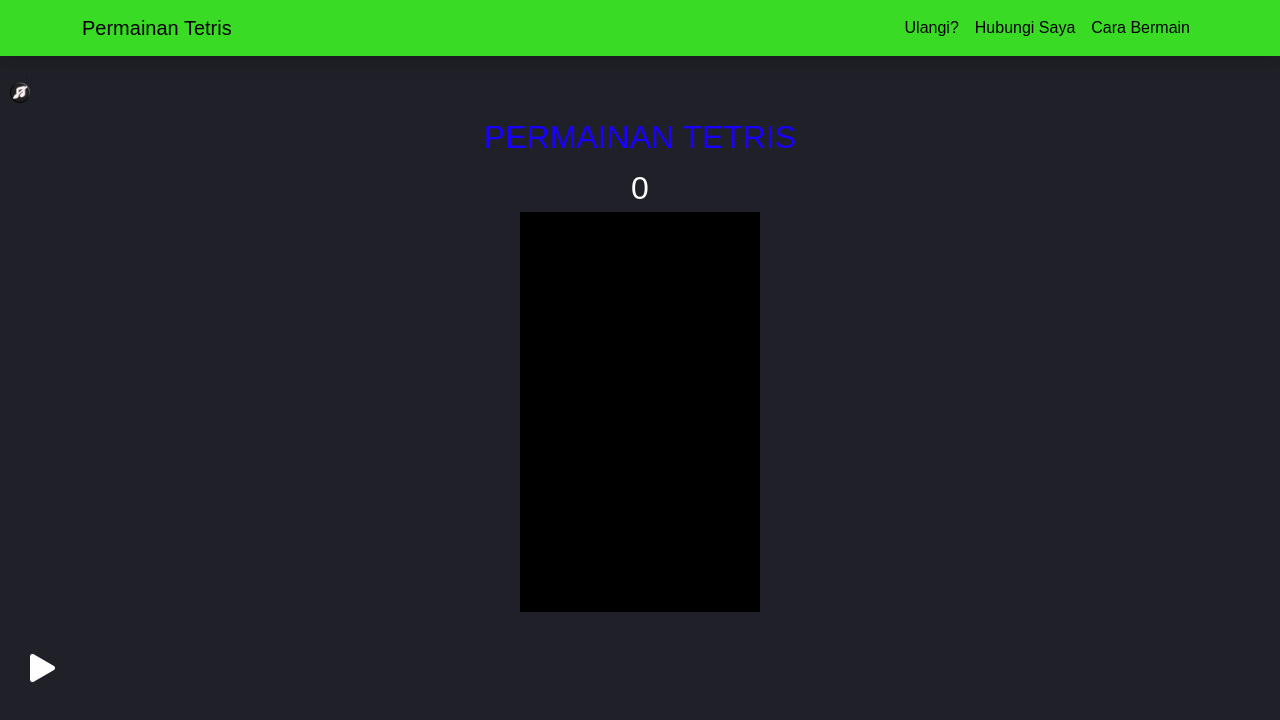
Repository: GwendiWisnuAnggoro/GwendiWisnuAnggoro.github.io
Page: Bahasa Indonesia/game/Tetris/tetris.html
An editor plug-in stored every save of this project. The page is shown before and after a run of saves, followed by the edit.
The browser window is 1280 px wide. The pictures show the whole page.

Above is the page before, as saved 2023-02-07 19:04:56.
Console error: TypeError: Cannot read properties of null (reading 'forEach')

### Bahasa Indonesia/game/Tetris/tetris.html
<!DOCTYPE html>
<html lang="en">
<head>
    <meta charset="UTF-8">
    <link href="https://cdn.jsdelivr.net/npm/bootstrap@5.3.0-alpha1/dist/css/bootstrap.min.css" rel="stylesheet" integrity="sha384-GLhlTQ8iRABdZLl6O3oVMWSktQOp6b7In1Zl3/Jr59b6EGGoI1aFkw7cmDA6j6gD" crossorigin="anonymous">
    <link rel="stylesheet" href="https://cdn.jsdelivr.net/npm/bootstrap-icons@1.10.3/font/bootstrap-icons.css">
    <meta http-equiv="X-UA-Compatible" content="IE=edge">
    <meta name="viewport" content="width=device-width, initial-scale=1.0">
    <title>Permainan Tetris</title>
</head>
<body>
    <!-- akhir navbar -->
  <nav class="navbar navbar-expand-lg navbar-light shadow fixed-top" style="background-color: rgb(57, 219, 36);">
    <div class="container-sm">
      <span class="navbar-brand" href="#">Permainan Tetris</span>
      <button class="navbar-toggler" type="button" data-bs-toggle="collapse" data-bs-target="#navbarNav" aria-controls="navbarNav" aria-expanded="false" aria-label="Toggle navigation">
        <span class="navbar-toggler-icon"></span>
      </button>
      <div class="collapse navbar-collapse" id="navbarNav">
        <ul class="navbar-nav ms-auto">
          <li class="nav-item">
            <a class="nav-link active" aria-current="page" href="../Tetris/tetris.html">Ulangi?</a>
          </li>
          <li class="nav-item">
            <a class="nav-link active" href="../../../contact me/ContactMe.html">Hubungi Saya</a>
          </li>
          <li class="nav-item">
            <a class="nav-link active" href="../Tutorials/Tetris/TutorTetris.html">Cara Bermain</a>
            </li>
        </ul>
      </div>
    </div>
  </nav>
<!-- akhir navbar -->
<br>
<br>
<br>
     <!-- awal toogle music -->
     <button id="play"></button>
     <!-- akhir toogle music -->


    <center>
    <link rel="stylesheet" type="text/css" href="tetris.css">
    <div class="pembungkus">
    <h2>PERMAINAN TETRIS</h2>
    <section class="Kalah">
      <h3>Game Over!</h3>
     </section>
    <div id="score">0</div>
    <div class="bestscore">

    </div>
    <canvas id="tetris" width="240" height="400"></canvas>
</div>
</center>


<div class="bungkus">
  <button type="button" onclick="" class="btn Mulai_HP" id="Mulai">
    <span>
      <i class="bi bi-play-fill"></i>
    </span>
  </button>
  <button type="button" onclick="" class="btn btn12" id="tmblAtas" >
  <img class="simbol" src="Munggah.png" />
  </button>
  <button type="button" onclick="" class="btn btn13" id="tmblBawah">
  <img class="simbol" src="Midun.png"/>
  </button>
  <button type="button" onclick="" class="btn2 btn14" id="tmblKiri">
  <img class="simbol" src="Ngiwa.png"/>
  </button>
  <button type="button" onclick="" class="btn4 btn15" id="tmblKanan">
  <img class="simbol" src="Nengen.png"/>
  </button>
</div>

<div class="PC">
  <button type="button" onclick="" class="btn Mulai_PC" id="MulaiPC">
    <span>
      <i class="bi bi-play-fill tombolMulaiPC"></i>
    </span>
  </button>
</div>
 <!-- <button type="button" id="Mulai">Mulai</button> -->
    <script src="tetris.js"></script>
    <script src="https://cdn.jsdelivr.net/npm/bootstrap@5.3.0-alpha1/dist/js/bootstrap.bundle.min.js" integrity="sha384-w76AqPfDkMBDXo30jS1Sgez6pr3x5MlQ1ZAGC+nuZB+EYdgRZgiwxhTBTkF7CXvN" crossorigin="anonymous"></script>
</body>
</html>

### Bahasa Indonesia/game/Tetris/tetris.css
h2 {
    font-family: arial;
    text-align: center;
    color: rgb(25, 0, 255);
}
.simbol{
	width: 100%;
	height: 100%;
}
.btn12{
	margin-top: -100px;
	margin-left: 250px;
}
.btn13{
	margin-top: 95px;
	margin-left: 50px;
}
.btn14{
	margin-left: -150px;

}

.btn{

	width: 85px;
	height: 85px;

}
.bungkus{
	position: fixed;
	margin-top: -250px;
	margin-left: 10%;
	opacity: 0.5;
}

.btn2,.btn4{
	background: rgba(0, 0, 0, 0);
	width: 85px;
	height: 85px;



}
body {
    background: #202028;
    color: white;
    font-family: sans-serif;
}


button {
	border: none;
	width: 40px;
	height: 40px;
	cursor: pointer;
	background-color: #202028;
	outline: none;
}




#play{
	background-image: url("../../img/StopSong.png");
}


.pembungkus{
    font-size: 2em;
    align-items: center;
}
.Kalah h3{
	text-align: center;
	color: red;
}
.Kalah{
	display: none;
}

#Mulai_HP{
	color: white;
}
#Mulai_PC{
	color: white;
}
.bi-play-fill{
	color: white;
	font-size: 50px;
	opacity: 1;
}

.tombolMulaiPC{
		color: white;
	font-size: 50px;
	opacity: 1;
	margin-top: -50%;
}
.PC{
	display: none;
}
/* tablet */
@media screen and (min-width: 768px){

	.PC{
		display: none;
	}

}

/* destop */
@media screen and (min-width: 800px){
	.bungkus{
		display: none;
	}
	.PC{
		display: block;
	}

}

### Bahasa Indonesia/game/Tetris/tetris.js
const canvas = document.getElementById('tetris');
const context = canvas.getContext('2d');
var tombolAtas = document.getElementById("tmblAtas");
var tombolBawah = document.getElementById("tmblBawah");
var tombolKiri = document.getElementById("tmblKiri");
var tombolKanan = document.getElementById("tmblKanan");

let Muter = new Audio();
Muter.src="Backsound Muter.mp3";

let KiriKananBawah = new Audio();
KiriKananBawah.src="Kiri Kanan Backsound.mp3"

let LarikHilang = new Audio();
LarikHilang.src="1 Larik Hilang.mp3"

let Kalah = new Audio();
Kalah.src = "Kalah.mp3"

context.scale(20, 20);

function arenaSweep() {
    let rowCount = 1;
    outer: for (let y = arena.length - 1; y > 0; -- y) {
        for (let x = 0; x < arena[y].length; ++x) {
            if (arena [y][x] === 0) {
                continue outer;
            }
        }

        const row = arena.splice(y, 1)[0].fill(0);
        arena.unshift(row);
        ++y;

        player.score += rowCount * 10;
        rowCount *= 2;
        LarikHilang.play();
    }
}


function collide(arena, player) {
    const [m, o] = [player.matrix, player.pos];
    for (let y = 0; y < m.length; ++y) {
        for (let x = 0; x < m[y].length; ++x) {
            if (m[y][x] !== 0 &&
                (arena[y + o.y] &&
                arena[y + o.y][x + o.x]) !== 0) {
                return true;
            }
        }
    }
    return false;
}

function creatMatrix(w, h) {
    const matrix = [];
    while (h--) {
        matrix.push(new Array(w).fill(0));
    }
    return matrix;
}

function createPiece(type) {
    if (type === 'T') {
        return [
            [0, 0, 0],
            [1, 1, 1],
            [0, 1, 0],
        ];
    } else if (type === 'O') {
        return [
            [2, 2],
            [2, 2],
        ];
    } else if (type === 'L') {
        return [
            [0, 3, 0],
            [0, 3, 0],
            [0, 3, 3],
        ];
    } else if (type === 'J') {
        return [
            [0, 4, 0],
            [0, 4, 0],
            [4, 4, 0],
        ];
    } else if (type === 'I') {
        return [
            [0, 5, 0, 0],
            [0, 5, 0, 0],
            [0, 5, 0, 0],
            [0, 5, 0, 0],
        ];
    } else if (type === 'S') {
        return [
            [0, 6, 6],
            [6, 6, 0],
            [0, 0, 0],
        ];
    } else if (type === 'Z') {
        return [
            [7, 7, 0],
            [0, 7, 7],
            [0, 0, 0],
        ];

    }

}

function draw() {
    context.fillStyle = '#000';
    context.fillRect(0, 0, canvas.width, canvas.height);

    drawMatrix(arena, {x: 0,y: 0});
    drawMatrix(player.matrix, player.pos);
}

function drawMatrix(matrix, offset) {
    matrix.forEach((row, y) => {
        row.forEach((value, x) => {
            if (value !== 0) {
                context.fillStyle = colors[value];
                context.fillRect(x + offset.x,
                                 y + offset.y,
                                 1, 1);
            }
        });
    });
}

function merge(arena, player) {
    player.matrix.forEach((row, y) => {
        row.forEach((value, x) => {
            if(value !== 0) {
                arena[y + player.pos.y][x + player.pos.x] = value;
            }
        });
    });
}

function playerDrop() {
    player.pos.y++;
    if (collide(arena, player)) {
        player.pos.y--;
        merge(arena, player);
        playerReset();
        arenaSweep();
        updateScore();

    }
    dropCounter = 0;
}

function GameOver(){
    console.log("Kalah")
    Kalah.play()
    document.querySelector(".Kalah").style.display = "block"
    return playerDrop = function(){}

}

function playerMove(dir) {
    player.pos.x += dir;
    if (collide(arena, player)) {
        player.pos.x -= dir;
    }
}

function playerReset() {

    const pieces = 'TOLJISZ';
    player.matrix = createPiece(pieces[pieces.length * Math.random() | 0]);
    player.pos.y = 0;
    player.pos.x = (arena[0].length / 2 | 0) -
                   (player.matrix[0].length / 2 | 0);
    if (collide(arena, player)) {
        // arena.forEach(row => row.fill(0));
        // player.score = 0;
        // updateScore();
        GameOver();

    }
}

function playerRotate(dir) {
    const pos = player.pos.x;
    let offset = 1;
    rotate(player.matrix, dir);
    while (collide(arena, player)) {
        player.pos.x += offset;
        offset =- (offset + (offset > 0 ? 1 : -1));
        if (offset > player.matrix[0].length) {
            rotate(player.matrix, dir);
            player.pos.x = pos;
            return;
        }
    }
}

function rotate(matrix, dir) {
    for (let y = 0; y < matrix.length; ++y) {
        for (let x = 0; x < y; ++x) {
            [
                matrix[x][y],
                matrix[y][x],
            ] = [
                matrix[y][x],
                matrix[x][y],
            ];
        }
    }

    if (dir > 0) {
        matrix.forEach(row => row.reverse());
    } else {
        matrix.reverse();
    }
}

let dropCounter = 0;
let dropInterval = 1000;

let lastTime = 0;
function update(time = 0) {
    const deltaTime = time - lastTime;
    lastTime = time;

    dropCounter += deltaTime;
    if (dropCounter > dropInterval) {
        playerDrop();
    }

    draw();
    requestAnimationFrame(update);
}

function updateScore() {
    document.getElementById('score').innerText = player.score;
}

const colors = [
    null,
    'red',
    'blue',
    'violet',
    'lime',
    '#ffff00',
    'orange',
    'pink',
];

const arena = creatMatrix(12, 20);

const player = {
    pos: {x: 0, y: 0},
    matrix: null,
    score: 0,
}
tombolKanan.addEventListener("click", fKanan);
tombolKiri.addEventListener("click", fKiri);
tombolAtas.addEventListener("click", fAtas);
tombolBawah.addEventListener("click", fBawah);

function fKanan(){
    if(event) {
        playerMove(1);
        KiriKananBawah.play();


    }
}
function fKiri(){
    if(event) {
        playerMove(-1);
        KiriKananBawah.play();
    }
}
function fAtas(){

    if(event) {
        playerRotate(-1);
        Muter.play();
    }

}
function fBawah(){
    if(event) {
        playerDrop(); KiriKananBawah.play();


    }
}
document.addEventListener('keydown', event => {
    if (event.keyCode === 37 || event.keyCode === 65) {
        playerMove(-1); KiriKananBawah.play();
    } else if (event.keyCode === 39 || event.keyCode == 68) {
        playerMove(1); KiriKananBawah.play();
    } else if (event.keyCode === 40 || event.keyCode == 83) {
        playerDrop(); KiriKananBawah.play();
    } else if (event.keyCode === 81) {
        playerRotate(-1); Muter.play();
    } else if (event.keyCode === 32) {
        playerRotate(1); Muter.play();
    }
});


document.getElementById("Mulai").addEventListener("click", ()=>{
    playerReset();
    updateScore();
    update();
    document.getElementById("Mulai").style.display = "none";
})
document.getElementById("MulaiPC").addEventListener("click", ()=>{
    playerReset();
    updateScore();
    update();
    document.getElementById("MulaiPC").style.display = "none";
})
draw();



// musik program
var musik = new Audio();
musik.src="Tetris Backsound.mp3"
musik.loop=true;
musik.pause();

    function mulaiAudio(){
        var play=document.getElementById('play');

        play.addEventListener('click',fplay);

        function fplay(){
            if(musik.paused){
                musik.play();
                play.style.background="url(../../img/PlaySong.png)";
            }else{
                musik.pause();
                play.style.background="url(../../img/StopSong.png)";
            }
        }
    }

window.addEventListener('load', mulaiAudio)

After the next 4 saves:
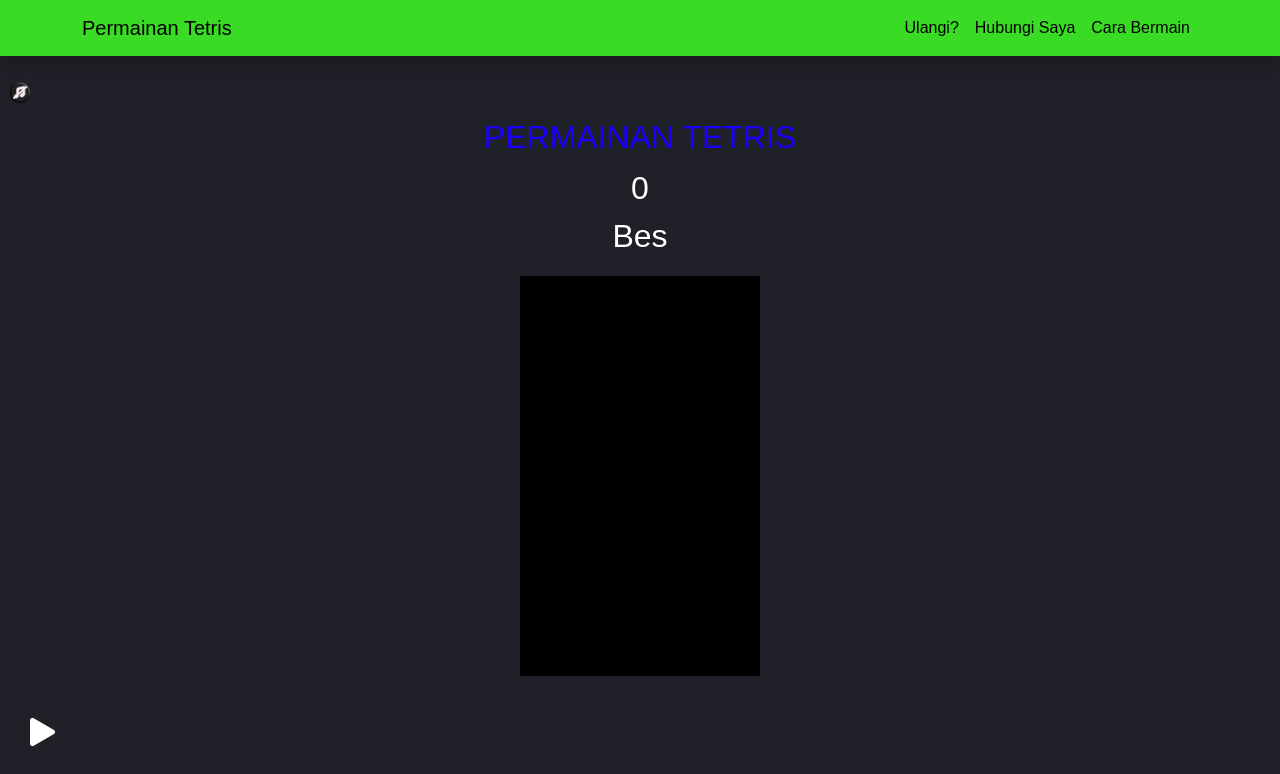
The 4 saves are shown as one change because they came seconds apart.
The last was saved 9 s later.
--- a/Bahasa Indonesia/game/Tetris/tetris.html
+++ b/Bahasa Indonesia/game/Tetris/tetris.html
@@ -49,7 +49,7 @@
      </section>
     <div id="score">0</div>
     <div class="bestscore">
-
+      <p>Bes</p>
     </div>
     <canvas id="tetris" width="240" height="400"></canvas>
 </div>
